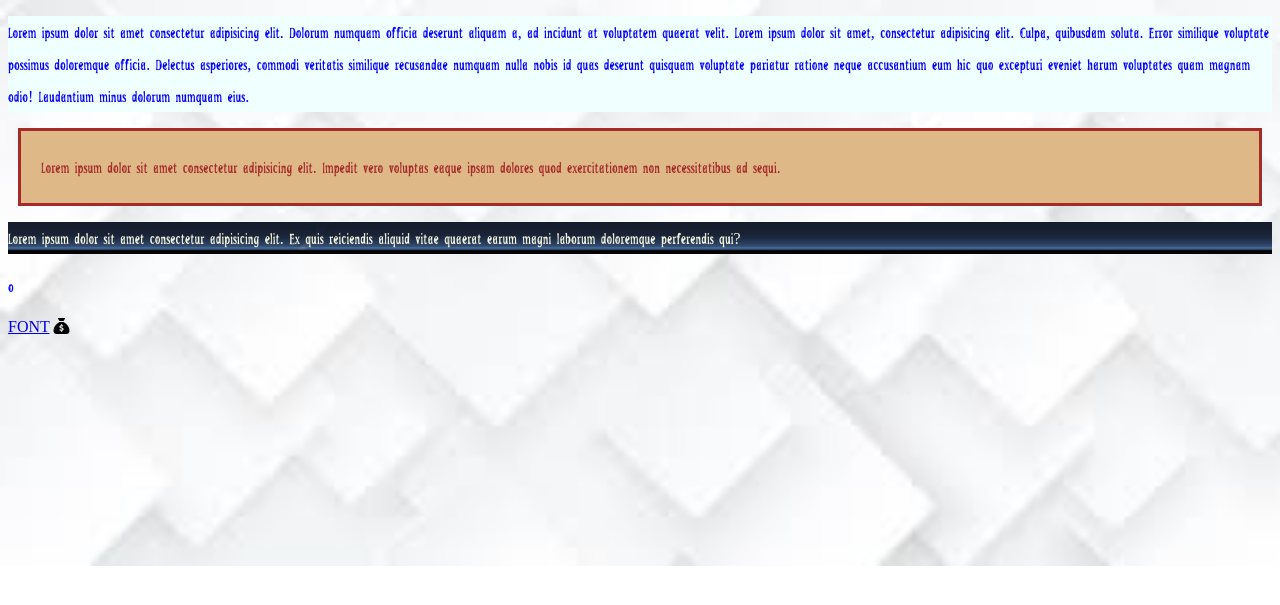
Repository: shazib2023/wtwdt-8
Page: index.html
An editor plug-in stored every save of this project. The page is shown before and after the next save, followed by the edit.
The browser window is 1280 px wide. The pictures show the whole page.
Some web libraries are served in a nearby version.

Above is the page before, as saved 2023-10-31 12:50:28.

After the next save:
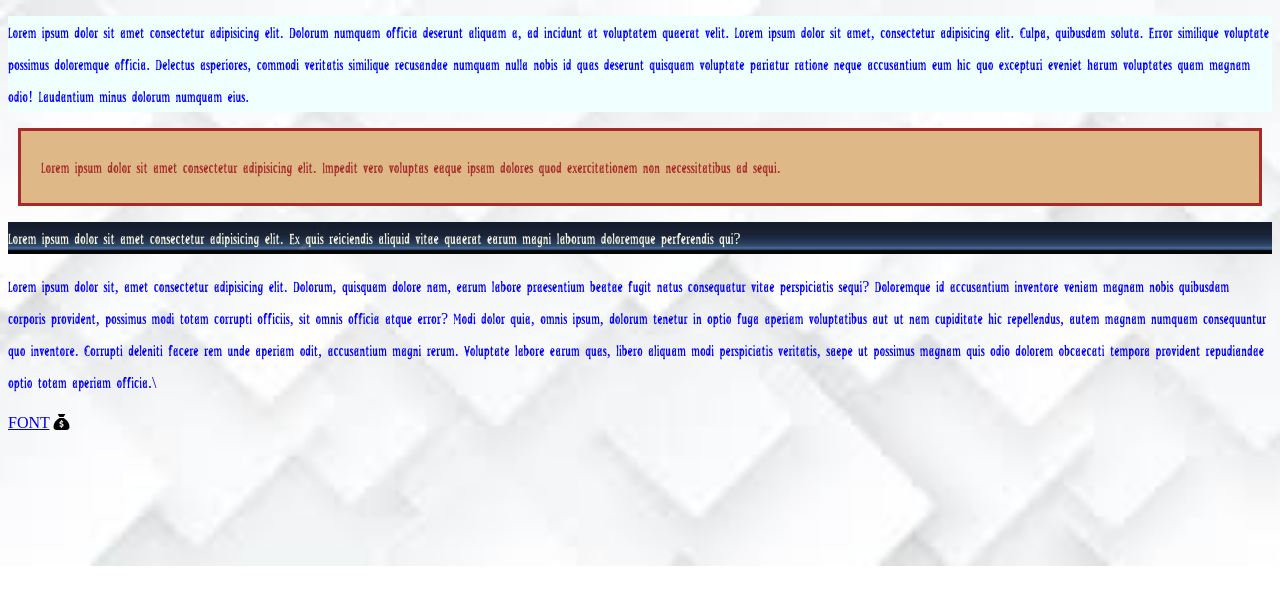
Saved 4 s later.
--- a/index.html
+++ b/index.html
@@ -23,7 +23,7 @@
     </p>
     <div class="sticky">
         <p>
-            o
+            Lorem ipsum dolor sit, amet consectetur adipisicing elit. Dolorum, quisquam dolore nam, earum labore praesentium beatae fugit natus consequatur vitae perspiciatis sequi? Doloremque id accusantium inventore veniam magnam nobis quibusdam corporis provident, possimus modi totam corrupti officiis, sit omnis officia atque error? Modi dolor quia, omnis ipsum, dolorum tenetur in optio fuga aperiam voluptatibus aut ut nam cupiditate hic repellendus, autem magnam numquam consequuntur quo inventore. Corrupti deleniti facere rem unde aperiam odit, accusantium magni rerum. Voluptate labore earum quas, libero aliquam modi perspiciatis veritatis, saepe ut possimus magnam quis odio dolorem obcaecati tempora provident repudiandae optio totam aperiam officia.\
         </p>
 
     </div>
